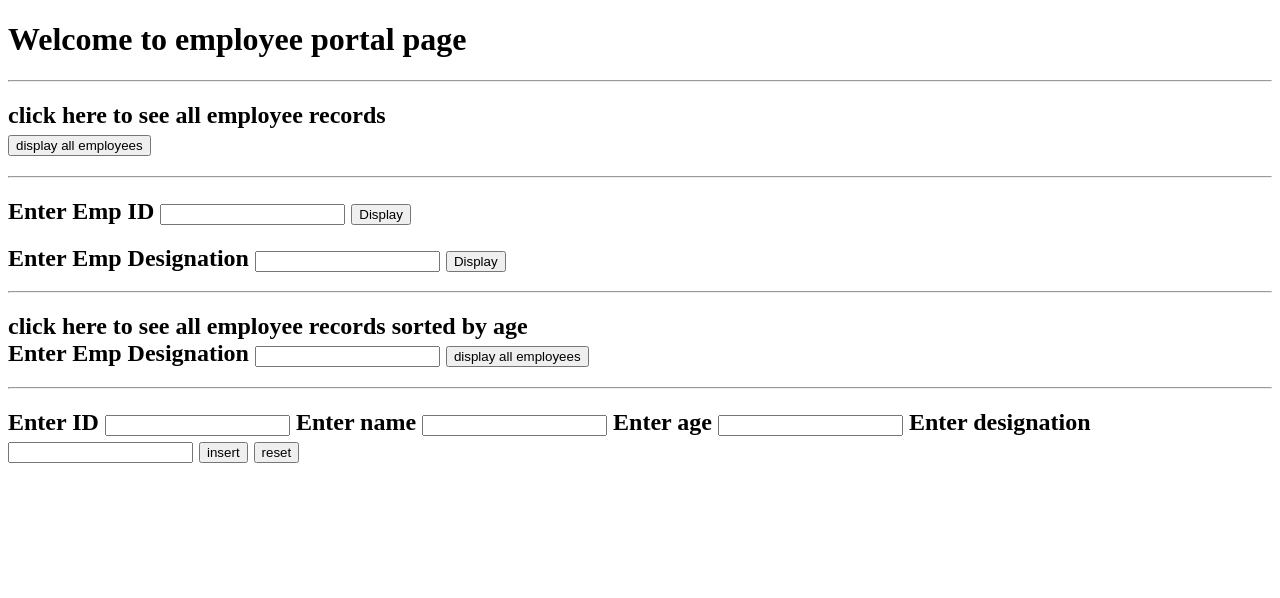
Repository: sushmasetti/Angular1
Page: http://localhost/dbDemo/welcome.jsp
An editor plug-in stored every save of this project. The page is shown before and after the next save, followed by the edit.
The browser window is 1280 px wide. The pictures show the whole page.
The page is served by Tomcat 9.

Above is the page before, as saved 2019-08-17 19:14:57.

After the next save:
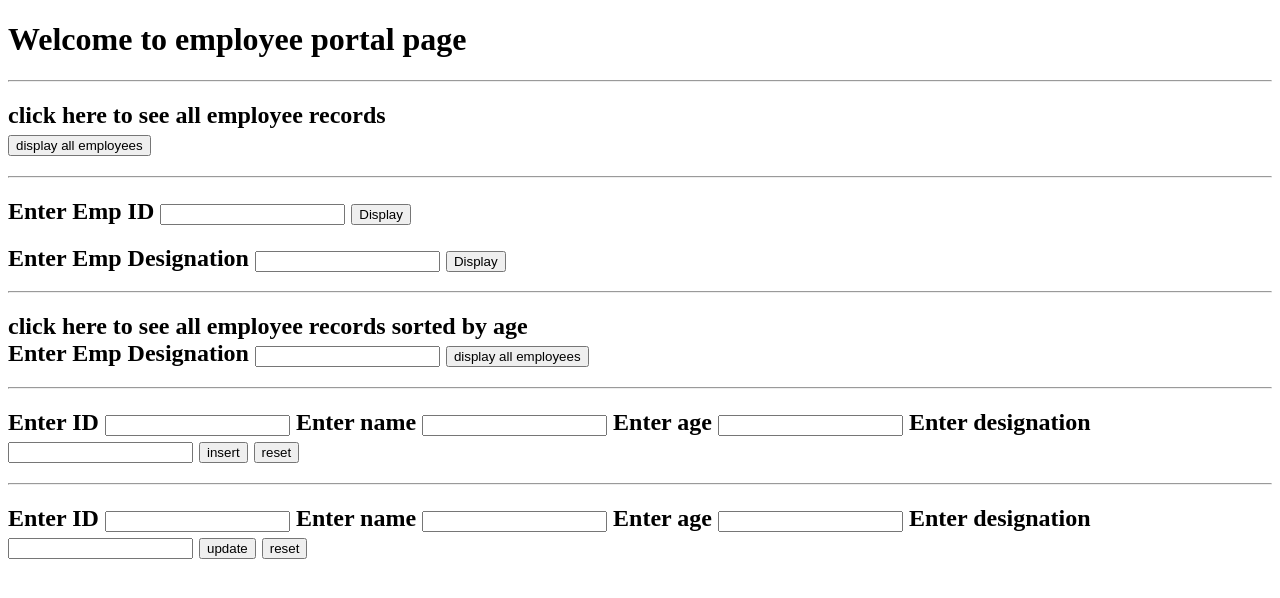
Saved 7 min 1 s later.
--- a/Spring/dbDemo/src/main/webapp/welcome.jsp
+++ b/Spring/dbDemo/src/main/webapp/welcome.jsp
@@ -50,5 +50,18 @@ Enter designation <input type="text" name="designation">
 <input type="reset" name="reset" value="reset">
 </h2>
 </form>
+
+
+<hr>
+<form action="updateEmp" method="post">
+<h2>
+Enter ID <input type="text" name="eid">
+Enter name <input type="text" name="name">
+Enter age <input type="text" name="age">
+Enter designation <input type="text" name="designation">
+<input type="submit" name="submit" value="update">
+<input type="reset" name="reset" value="reset">
+</h2>
+</form>
 </body>
 </html>
